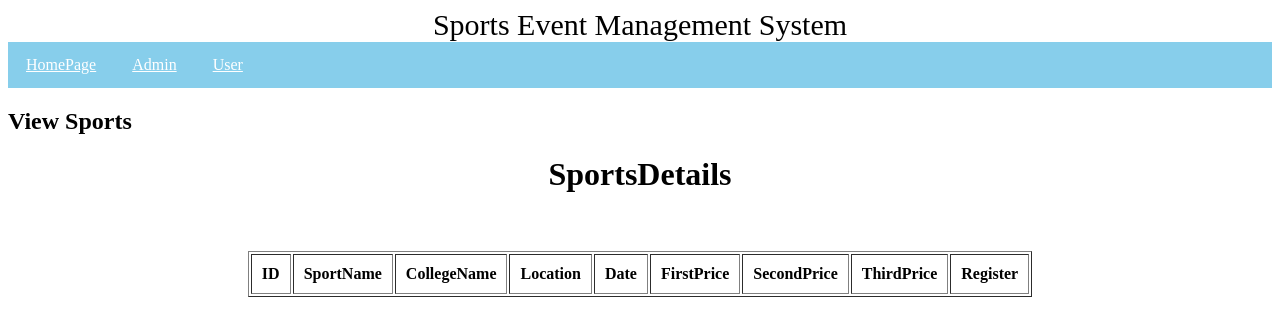
Repository: svrm1014/sportseventmanagement
Page: http://localhost/sportsmanagement/WEB-INF/views/user.jsp
The author's editor kept a copy of each file at every save. The page is drawn from the files as they stood at one save, then again after the next save.
The browser window is 1280 px wide. The pictures show the whole page.
The page is served by Tomcat 9. Nobody is signed in. The template is opened directly, without the code that normally fills it, so the values that code supplies are empty.

Above is the page before, as saved 2021-05-11 14:17:45.

After the next save:
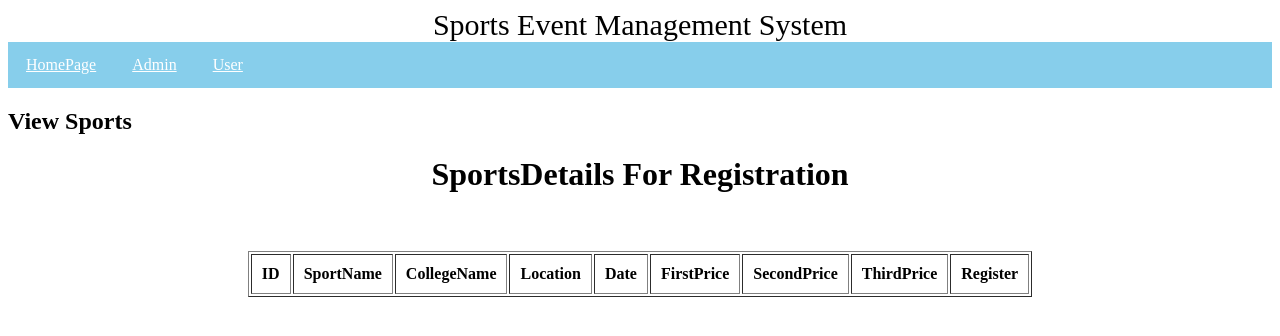
Saved 4 h 4 min later.
--- a/sportsmanagement/src/main/webapp/WEB-INF/views/user.jsp
+++ b/sportsmanagement/src/main/webapp/WEB-INF/views/user.jsp
@@ -47,7 +47,7 @@ li a {
 
 	</div>
 	<div align="center">
-    <h1>SportsDetails</h1>
+    <h1>SportsDetails For Registration</h1>
     <br/><br/>
     <table border="1" cellpadding="10">
         <thead>
